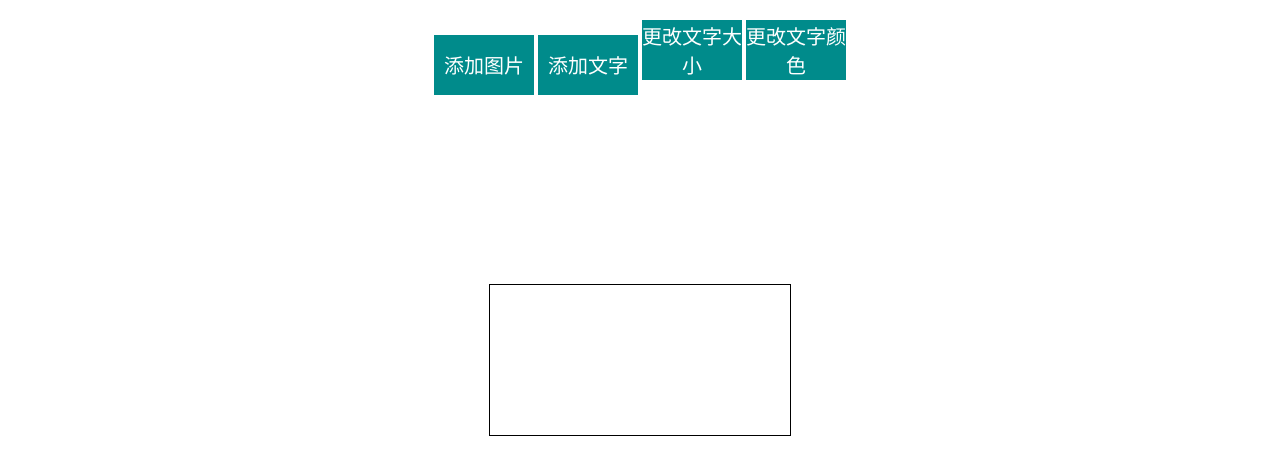
Repository: Xekin-FE/canvas-image-editor
Page: index.html
The author's editor kept a copy of each file at every save. The page is drawn from the files as they stood at one save, then again after the next save.
The browser window is 1280 px wide. The pictures show the whole page.

Above is the page before, as saved 2018-12-14 16:17:37.

### index.html
<!DOCTYPE html>
<html lang="en">
<head>
    <meta charset="UTF-8">
    <meta name="viewport" content="width=device-width, initial-scale=1.0">
    <meta http-equiv="X-UA-Compatible" content="ie=edge">
    <title>小程序</title>
</head>
<link rel="stylesheet" href="./static/css/main.css">
<body>
    <div id="app">
        <canvas id="main"></canvas>
        <div class="components">
            <button onclick="addImage();">添加图片</button>
            <button onclick="addText();">添加文字</button>
            <button onclick="changeTextSize();">更改文字大小</button>
            <button onclick="changeTextColor();">更改文字颜色</button>
        </div>
    </div>
    <script src="canvas.min.js"></script>
    <script>
        let can = document.getElementById('main');
        let canvas = new Canvas(can)
        const addImage = () => {
            canvas.createImage('./static/image/test1.jpg')
        };
        const addText = () => {
            canvas.createText()
        };
        const changeTextColor = () => {
            console.log('changeTextColor')
        }
        const changeTextSize = () => {
            console.log('changeTextSize')
        }
    </script>
</body>
</html>
<!-- var c = document.getElementById("myCanvas");
c.width=img.width;
c.height=img.height;
var cxt = c.getContext("2d");
cxt.fillStyle = "rgba(255, 255, 255, 0)";
cxt.fillRect(0, 0, c.width, c.height);
cxt.drawImage(img,0,0);
cxt.save();
cxt.font = fsz+"px Arial";
cxt.textBaseline = 'middle';//更改字号后，必须重置对齐方式，否则居中麻烦。设置文本的垂直对齐方式
cxt.textAlign = 'center';
var tw = cxt.measureText(text).width;
var ftop = 2 * c.height/3-5;
var fleft = c.width/2;
cxt.fillStyle="#ff0000";
cxt.fillRect(fleft-tw/2,ftop-fsz/2,tw,fsz);//矩形在画布居中方式
cxt.fillStyle="#ffffff";
cxt.fillText(text,fleft,ftop);//文本元素在画布居中方式
cxt.strokeStyle = 'white';
cxt.strokeText(text,fleft,ftop);//文字边框 -->

### static/css/main.css
*{
    padding: 0;
    margin: 0;
}
html,body{
    height: 100%;
}
#app{
    width: 100vw;
    height: 100%;
    position: relative;
}
#app #main{
    border: 1px solid #000;
    position: absolute;
    top: 50%;left: 50%;
    transform: translate(-50%,-50%);
}
#app .components{
    text-align: center;
    padding: 20px;
}
#app .components button{
    width: 100px;
    height: 60px;
    font-size: 20px;
    background: darkcyan;
    color: #fff;
    border: 0;
    outline: none;
}

### canvas.min.js
class Base {
    constructor(opt){
        this.x = opt.x
        this.y = opt.y
        this.zIndex = opt.zIndex //图层
        this.rotate = opt.rotate
        this.opacity = 1
    }
    dragUpdate(start, end){
    // 位置更新
    }
    scaleUpdate(start, end){
    // 缩放更新
    // 角度处理
    // 放大处理
    }
    opacityUpdate(value){
        this.opacity = value
    }
};

class Text extends Base{
    constructor(opt){
        super(opt)
        this.content = '点击编辑文字'
        this.fontSize = '20px'
        this.fontWeight = '400'
        this.fontColor = '#fff'
        this.fontFamily = 'Microsoft Yahei'
        this.isFillBg = false
    }
    initUpdate(){

    }
    update(property, value){
        //一次操作只能更改一种属性
        this[property] = value
    }
};

class Canvas {
    constructor(obj){
        this.author = 'Xekin'
        this.can = obj
        this.ctx = obj.getContext('2d')
        this.img = new Image()
    }
    createText(){
        console.log('createText')
        var a = new Text()
        a.initUpdate()
    }
    createImage(src){
        console.log('createImage')
        this.img.src = src;
        let maxHeight = 600;
        let maxWidth = 360;
        this.img.onload = () => {
            let imgwidth = this.img.width / this.img.height > 1 ? maxWidth : maxHeight/this.img.height*this.img.width;
            let imgheight = this.img.width / this.img.height > 1 ? maxWidth/this.img.width*this.img.height : maxHeight;
            this.can.width = imgwidth;
            this.can.height = imgheight;
            this.ctx.drawImage(this.img, 0, 0, imgwidth, imgheight);
            this.ctx.save();
        }
    }
};

After the next save:
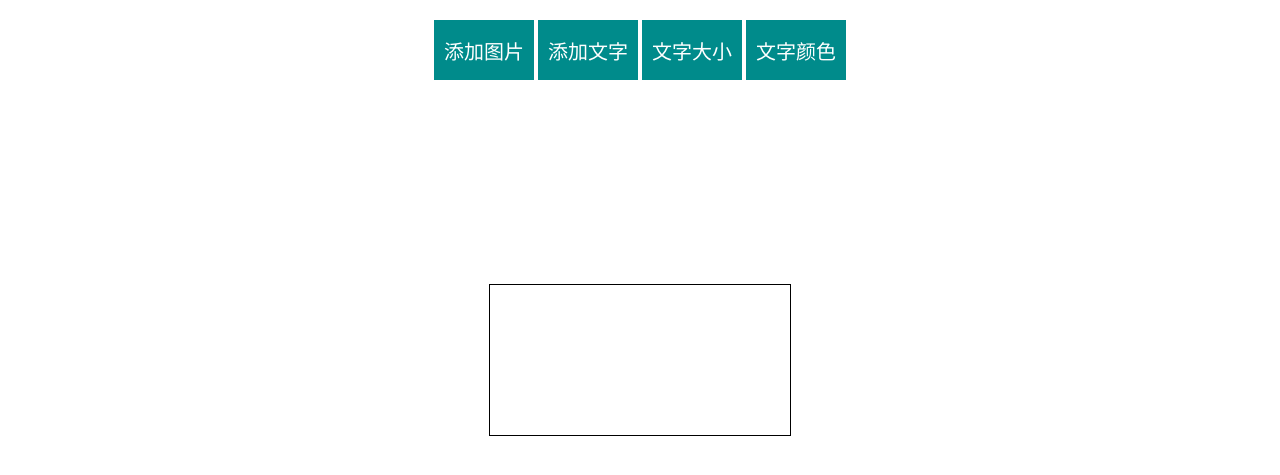
Saved 12 s later.
--- a/index.html
+++ b/index.html
@@ -13,8 +13,8 @@
         <div class="components">
             <button onclick="addImage();">添加图片</button>
             <button onclick="addText();">添加文字</button>
-            <button onclick="changeTextSize();">更改文字大小</button>
-            <button onclick="changeTextColor();">更改文字颜色</button>
+            <button onclick="changeTextSize();">文字大小</button>
+            <button onclick="changeTextColor();">文字颜色</button>
         </div>
     </div>
     <script src="canvas.min.js"></script>
